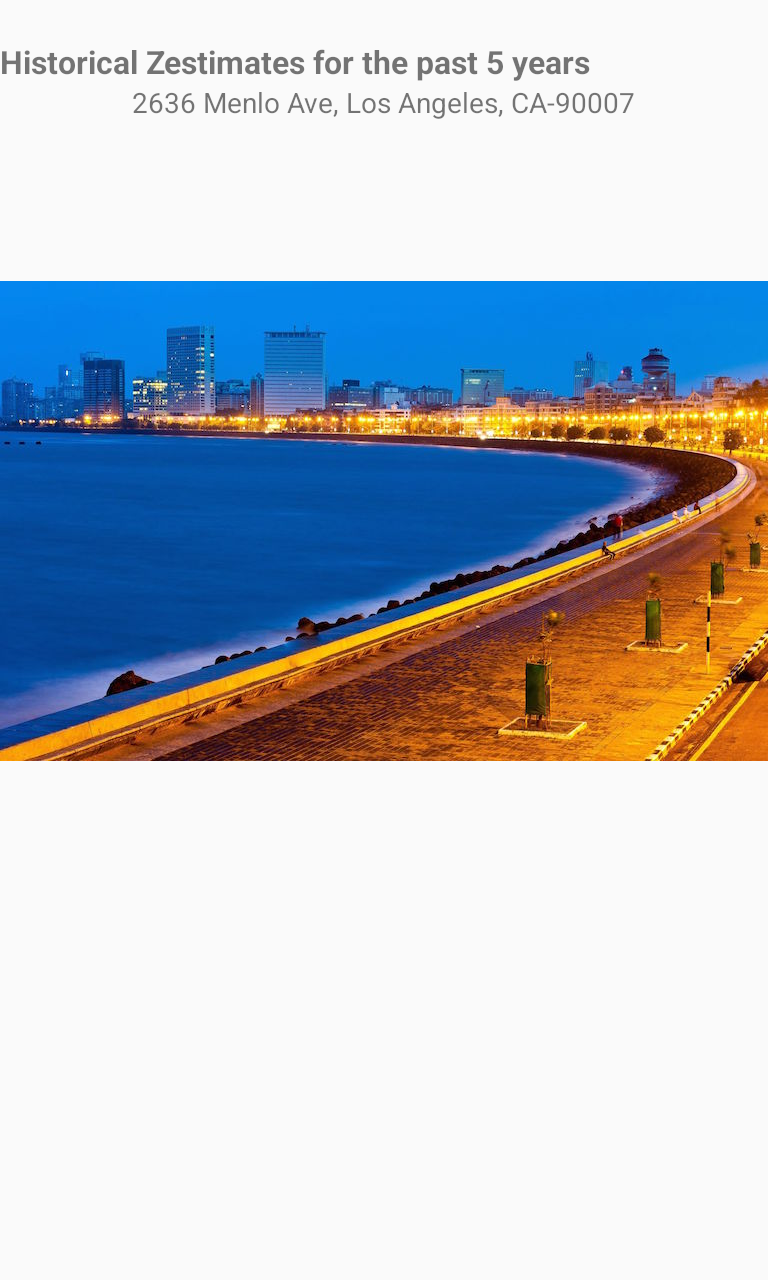
Repository: Warun26/PropertySearch
Layout: PropertySearch/res/layout/historical_zestimates_tab.xml
These files come from the project's save history. The layout is drawn as it stood at one moment and after the next save; the edit follows.
It is drawn on a 768 x 1280 px phone screen (xhdpi) without system bars, with theme AppTheme; the app's code is not run. The app's manifest (not shown) leaves right-to-left support off. So textAlignment, textDirection and layoutDirection are ignored, and left and right values win over start and end ones.

Above is the layout before, as saved 2014-11-23 04:32:12.

### PropertySearch/res/layout/historical_zestimates_tab.xml
<?xml version="1.0" encoding="utf-8"?>
<LinearLayout xmlns:android="http://schemas.android.com/apk/res/android"
    android:id="@+id/tab2"
    android:layout_width="fill_parent"
    android:layout_height="fill_parent"
    android:orientation="vertical" >

    <TextSwitcher
        android:id="@+id/chartYear"
        android:layout_width="fill_parent"
        android:layout_height="wrap_content"
        android:textAlignment="center"
        android:layout_gravity="center"
        android:background="#99000000"
        android:padding="0dp"
        android:textSize = "16sp"
        android:textStyle="bold"
        android:layout_marginTop="10dp" />

      <TextView
	     android:id="@+id/addres"
	     android:layout_width="fill_parent"
	     android:layout_height="wrap_content"
	     android:padding="0dp"
	     android:textSize="16sp"
	     android:textAlignment="center"
	     android:layout_gravity="center"
	     android:textStyle="bold"
	     android:text="Historical Zestimates for the past 5 years"
	     android:layout_marginTop="10dp">
	</TextView>

    <TextView
	     android:id="@+id/address"
	     android:layout_width="wrap_content"
	     android:layout_height="wrap_content"
	     android:padding="0dp"
	     android:textSize="14sp"
	     android:textAlignment="center"
	     android:layout_gravity="center"
	     android:text="2636 Menlo Ave, Los Angeles, CA-90007" >
	</TextView>

    <ImageView
        android:layout_width="fill_parent"
        android:layout_height="400dp"
        android:src="@drawable/background">
    </ImageView>
    <ImageSwitcher
      android:id="@+id/ZestimateCharts"
      android:layout_width="fill_parent"
      android:layout_height="300dp" >
    </ImageSwitcher>

    <LinearLayout
        android:id="@+id/imageNavigationButtons"
        android:layout_width="fill_parent"
        android:layout_height="wrap_content"
        android:orientation="horizontal">
	    <Button
	      	android:id="@+id/previousImageButton"
	        android:layout_width="fill_parent"
	        android:layout_height="wrap_content"
	        android:text="@string/previous"
	        android:layout_marginLeft="15dp"
	        android:layout_marginStart="7dp"
	        android:layout_marginTop="20dp"
	        android:paddingLeft="3dp"
	        android:paddingRight="3dp"
	        android:layout_weight="1" />

	    <Button
	      	android:id="@+id/nextImageButton"
	        android:layout_width="fill_parent"
	        android:layout_height="wrap_content"
	        android:text="@string/next"
	        android:layout_marginLeft="15dp"
	        android:layout_marginStart="7dp"
	        android:layout_marginTop="20dp"
	        android:paddingLeft="3dp"
	        android:paddingRight="3dp"
	        android:layout_weight="1" />
        </LinearLayout>
    <!--  TextView
        android:id="@+id/textView2"
        android:layout_width="wrap_content"
        android:layout_height="wrap_content"
        android:text="@string/body2" /-->
</LinearLayout>

### PropertySearch/res/values/strings.xml
<?xml version="1.0" encoding="utf-8"?>
<resources>

    <string name="app_name">PropertySearch</string>
    <string name="hello_world">Hello world!</string>
    <string name="action_settings">Settings</string>
    <string name="search">Search</string>
    <string name="title_activity_main">MainActivity</string>
    <string name="form_title">Search Your Property Here</string>
    <string name="street_address">Street Address</string>
    <string name="address">Address*:</string>
    <string name="city_label">City*:</string>
    <string name="city">City</string>
    <string name="state">State*:</string>
    <string name="zillow_image">Zillow Logo</string>
    <string name="error_message">This field is required.</string>
    <string name="body1">body1</string>
    <string name="body2">body2</string>
    <string name="previous">Previous</string>
    <string name="next">Next</string>
    <string name="more_details">See more details on Zillow:</string>
    <string-array name="states">
        <item>Choose State</item>
        <item>AL</item>
        <item>AK</item>
        <item>AZ</item>
        <item>AR</item>
        <item>CA</item>
        <item>CO</item>
        <item>CT</item>
        <item>DE</item>
        <item>DC</item>
        <item>FL</item>
        <item>GA</item>
        <item>HI</item>
        <item>ID</item>
        <item>IL</item>
        <item>IN</item>
        <item>IA</item>
        <item>KS</item>
        <item>KY</item>
        <item>LA</item>
        <item>ME</item>
        <item>MD</item>
        <item>MA</item>
        <item>MI</item>
        <item>MN</item>
        <item>MS</item>
        <item>MO</item>
        <item>MT</item>
        <item>NE</item>
        <item>NV</item>
        <item>NH</item>
        <item>NJ</item>
        <item>NM</item>
        <item>NY</item>
        <item>NC</item>
        <item>ND</item>
        <item>OH</item>
        <item>OK</item>
        <item>OR</item>
        <item>PA</item>
        <item>PA</item>
        <item>RI</item>
        <item>SC</item>
        <item>SD</item>
        <item>TN</item>
        <item>TX</item>
        <item>UT</item>
        <item>VT</item>
        <item>VA</item>
        <item>WA</item>
        <item>WV</item>
        <item>WI</item>
        <item>WY</item>
    </string-array>

    <string name="title_activity_display_property_details">Results from Zillow</string>

</resources>

Loaded but not shown: PropertySearch/res/values/styles.xml (common file); PropertySearch/res/values-v11/styles.xml (common file); PropertySearch/res/values-v14/styles.xml (common file)

After the next save:
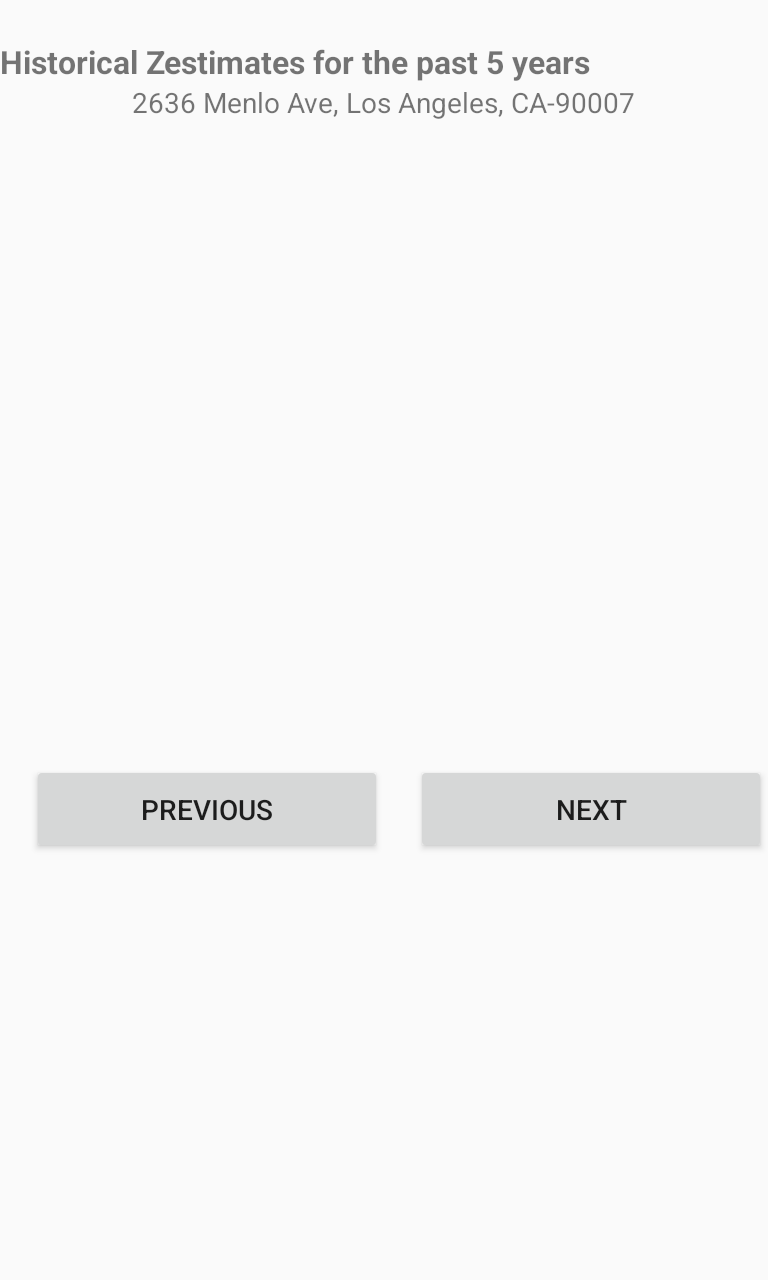
Saved 25 s later.
--- a/PropertySearch/res/layout/historical_zestimates_tab.xml
+++ b/PropertySearch/res/layout/historical_zestimates_tab.xml
@@ -41,11 +41,6 @@
 	     android:text="2636 Menlo Ave, Los Angeles, CA-90007" >
 	</TextView>
 
-    <ImageView
-        android:layout_width="fill_parent"
-        android:layout_height="400dp"
-        android:src="@drawable/background">
-    </ImageView>
     <ImageSwitcher
       android:id="@+id/ZestimateCharts"
       android:layout_width="fill_parent"
